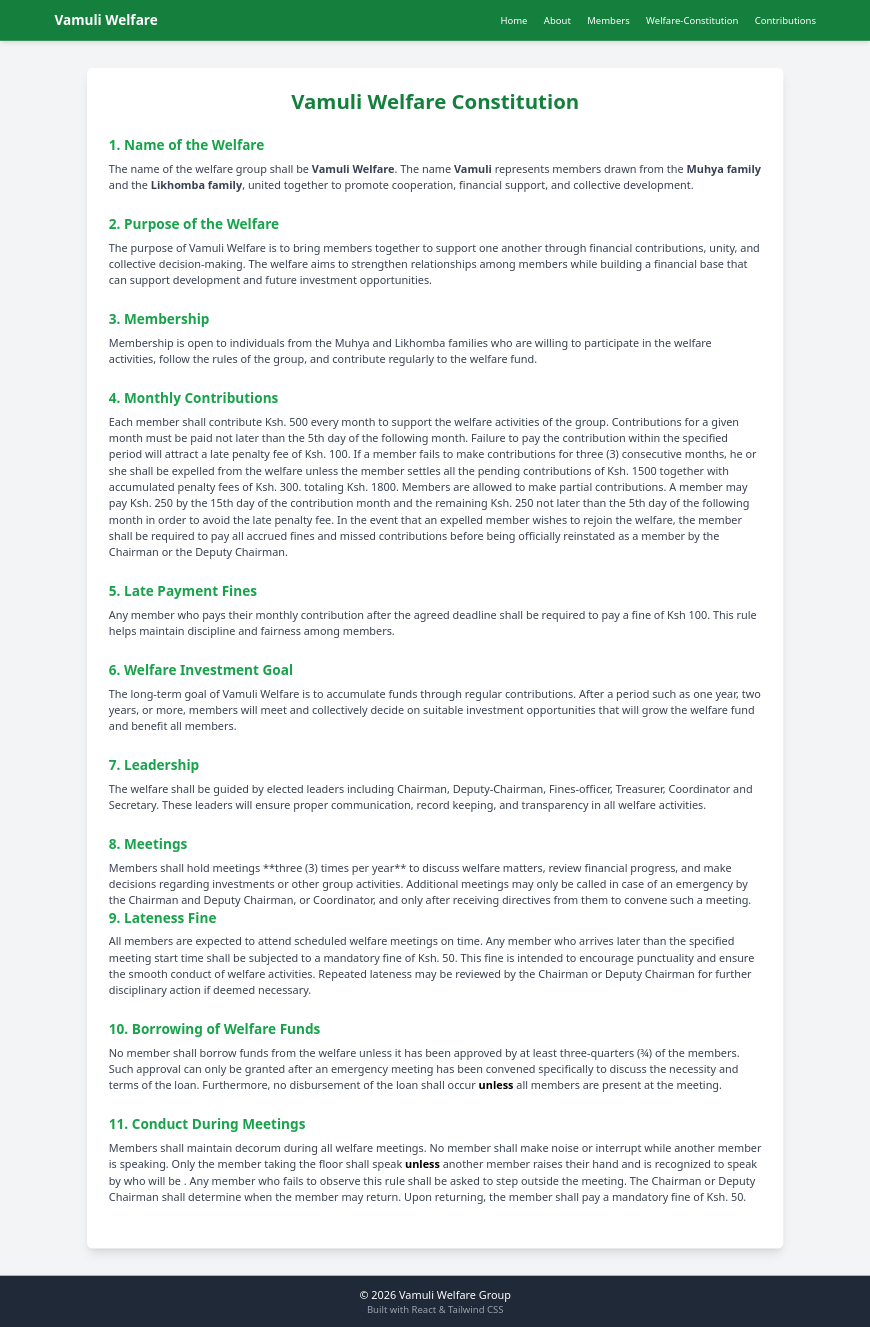
Repository: Engineer-collo/Vamuli-welfare
Page: /constitution
An editor plug-in stored every save of this project. The page is shown before and after a run of saves, followed by the edit.
The browser window is 1280 px wide. The pictures show the whole page, at 68% of full size.
The project was rebuilt for these pictures with package versions that can differ from the ones it lists, and the page was loaded fresh each time. Also part of the build but not shown: vite.config.js, src/pages/contributionsData.js, src/pages/Home.jsx, src/pages/Members.jsx, src/pages/ContributionsTable.jsx, src/pages/About.jsx.

Above is the page before, as saved 2026-03-16 16:14:57.

After the next 3 saves:
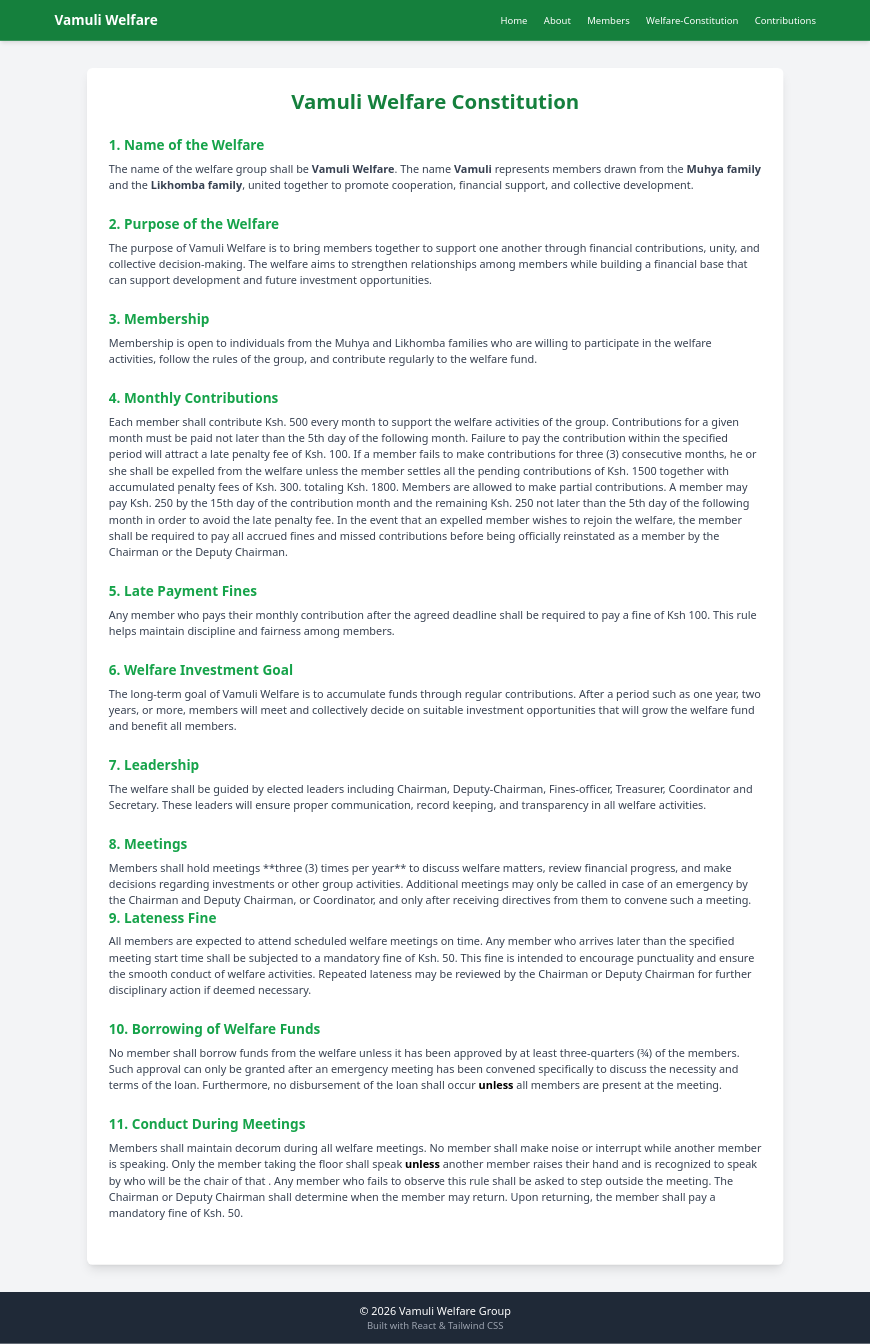
The 3 saves are shown as one change because they came seconds apart.
The last was saved 12 s later.
--- a/src/pages/WelfareConstituion.jsx
+++ b/src/pages/WelfareConstituion.jsx
@@ -196,7 +196,7 @@
     Members shall maintain decorum during all welfare meetings. No member
     shall make noise or interrupt while another member is speaking. Only the
     member taking the floor shall speak <span className="font-semibold text-black">unless</span> another member raises their hand and is
-    recognized to speak by who will be .
+    recognized to speak by who will be the chair of that .
 
     Any member who fails to observe this rule shall be asked to step outside
     the meeting. The Chairman or Deputy Chairman shall determine when the
